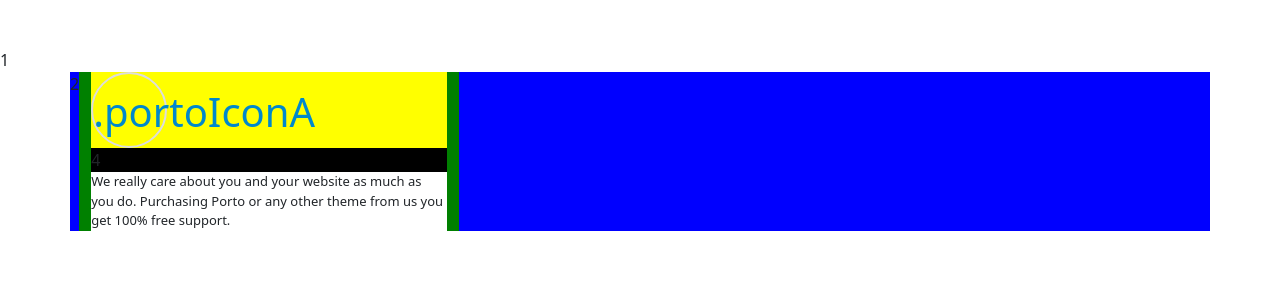
Repository: NguyenDo13/BE2-NhomH
Page: module-9/index/index.html
These files come from the project's save history. The page is drawn as it stood at one moment and after the next save; the edit follows.
The browser window is 1280 px wide. The pictures show the whole page.

Above is the page before, as saved 2022-05-15 11:17:56.

After the next save:
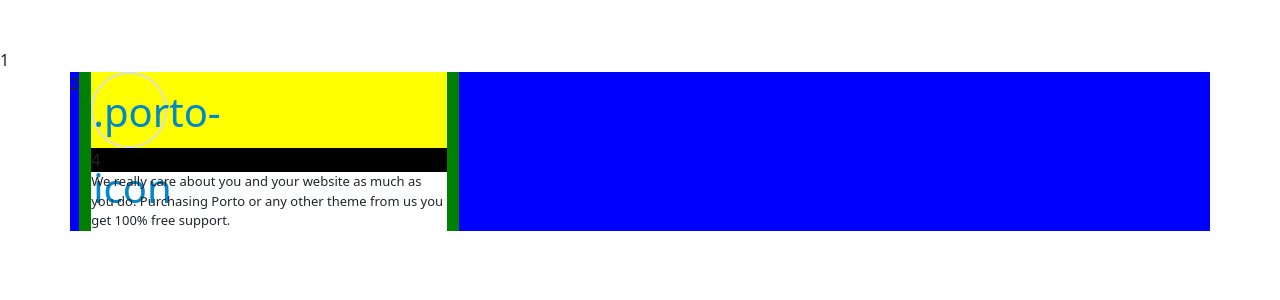
Saved 6 s later.
--- a/module-9/index/index.html
+++ b/module-9/index/index.html
@@ -21,7 +21,7 @@
                     <div class="portoContainer">
                         <div class="portoTop">
                             <div class="portoTopicon" style="text-align: center;">
-                                .portoIconA
+                                .porto-icon
                                 <i class="Simple-Line-Icons-action-undo"> </i>
                             </div>
                         </div>
